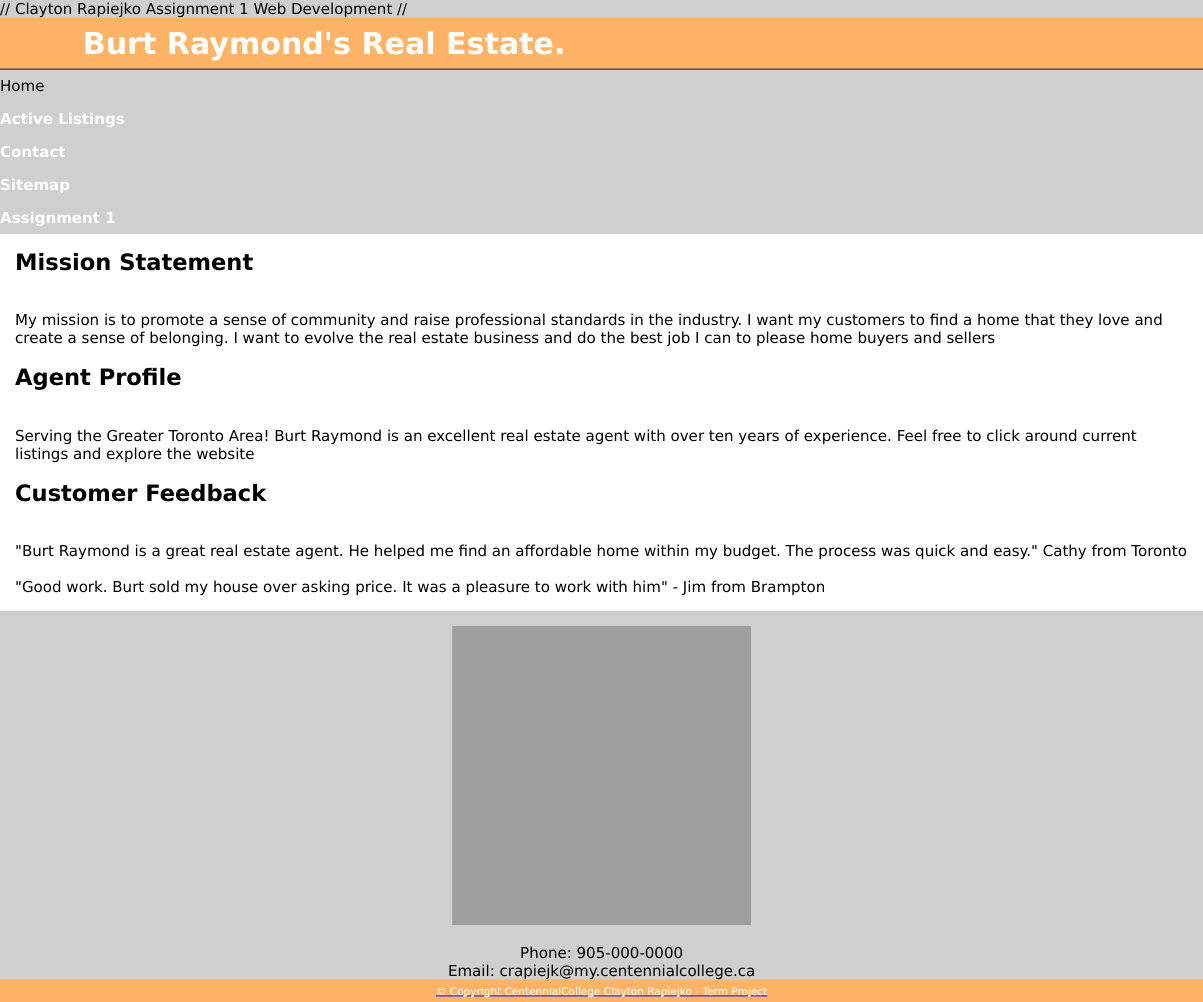
Repository: ClaytonRapiejko/RapiejkoPortfolio
Page: Assignment 1/index.html
The author's editor kept a copy of each file at every save. The page is drawn from the files as they stood at one save, then again after the next save.
The browser window is 1280 px wide. The pictures show the whole page, at 94% of full size.
Pictures or frames that could not be fetched are drawn as grey boxes.

Above is the page before, as saved 2021-05-22 17:42:16.

After the next save:
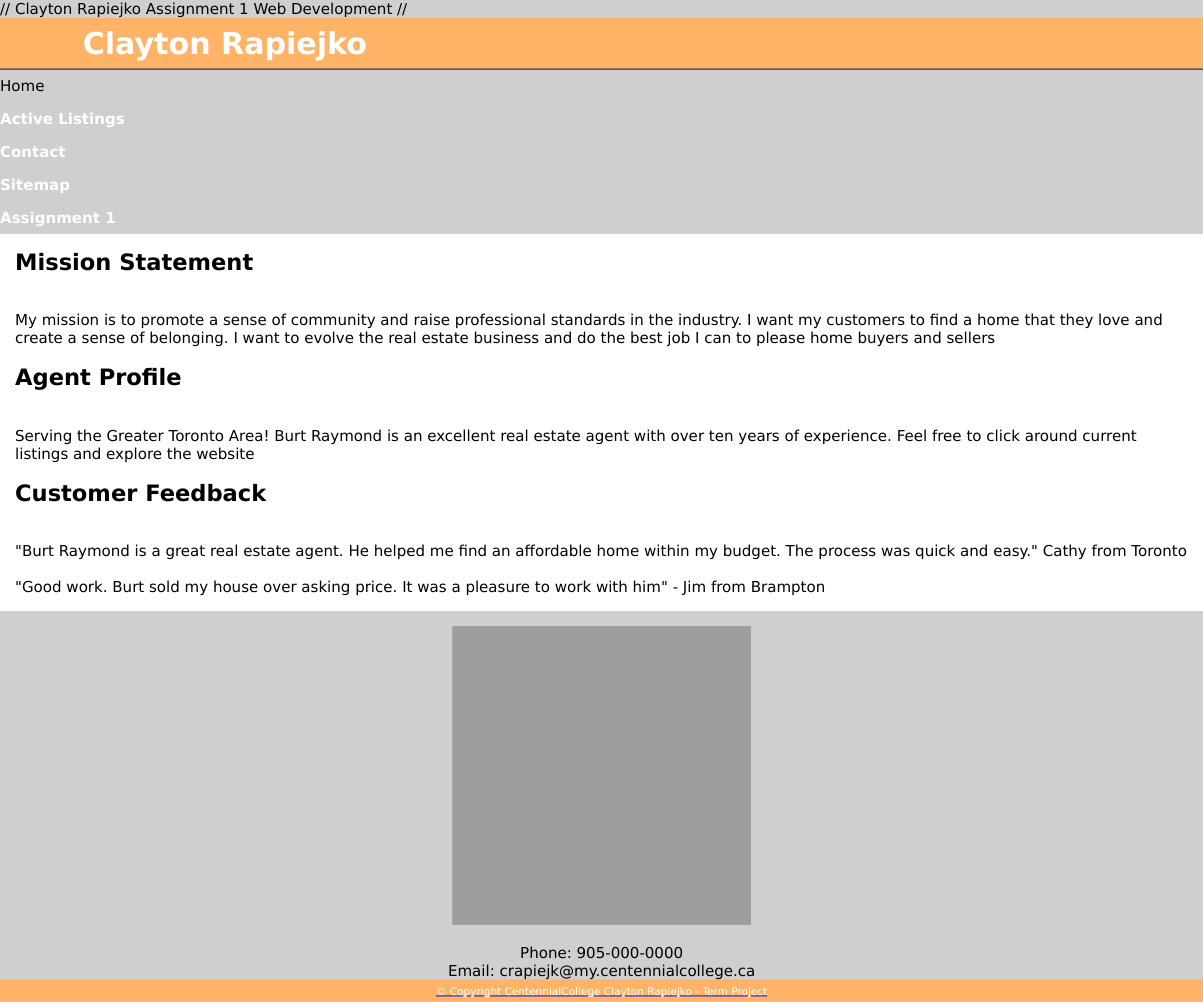
Saved 29 s later.
--- a/Assignment 1/index.html
+++ b/Assignment 1/index.html
@@ -7,7 +7,7 @@
     <meta http-equiv="X-UA-Compatible" content="IE=edge">
     <meta name="viewport" content="width=device-width, initial-scale=1.0">
     <header>
-        <h1>Burt Raymond's Real Estate.</h1>
+        <h1>Clayton Rapiejko</h1>
       </header>
         <nav>
         <ul>
